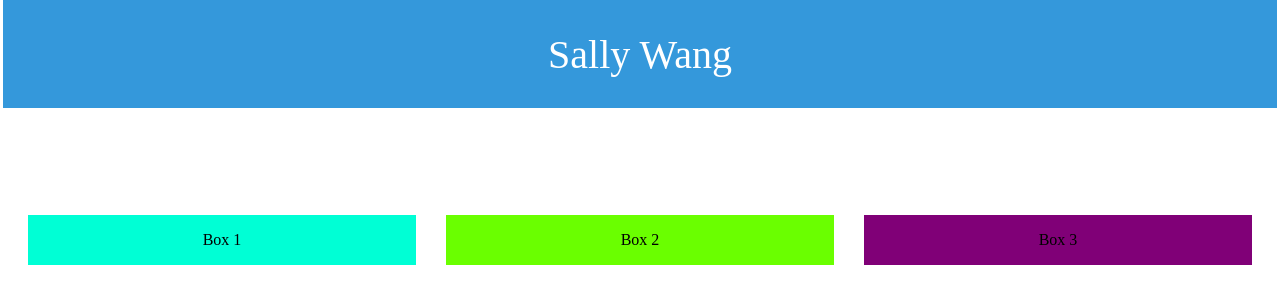
Repository: tianjiewang2022/tianjiewang2022.github.io
Page: index.html
The author's editor kept a copy of each file at every save. The page is drawn from the files as they stood at one save, then again after the next save.
The browser window is 1280 px wide. The pictures show the whole page.

Above is the page before, as saved 2023-10-01 22:46:02.

### index.html
<!DOCTYPE html>
<html lang="en">

    <head>
        <meta charset="UTF-8">
        <meta name="viewport" content="width=device-width, initial-scale=1.0">
        <title>Sally's Webpage</title>
        <style>
            body {
                padding: 10px;
                left: 3%;
                right: 3%;
            }

            header {
                background-color: #3498db;
                /* Choose your header color */
                color: white;
                position: fixed;
                top: 0;
                height: 15%;
                left: 3px;
                right: 3px;
                display: flex;
                align-items: center;
                justify-content: center;
                z-index: 100;
                font-size: 40px;
            }

            .container {
                margin-top: 15%;
                padding: 10px;
                display: flex;
                flex-wrap: wrap;
                justify-content: space-between;
            }

            .box {
                width: calc(33.33% - 20px);
                height: 50px;
                margin-bottom: 20px;
                background-color: #ccc;
                /* Default background color */
                text-align: center;
                display: flex;
                align-items: center;
                justify-content: center;
            }

            .blue {
                background-color: rgb(0, 255, 213);
            }

            .green {
                background-color: rgb(106, 255, 0);
            }

            .purple {
                background-color: rgb(128, 0, 119);
            }
        </style>
    </head>

    <body>
        <header>
            Sally Wang
        </header>

        <div class="container">
            <!-- Your content goes here -->
            <span class="box blue">Box 1</span>
            <span class="box green">Box 2</span>
            <span class="box purple">Box 3</span>
        </div>
    </body>

</html>

After the next save:
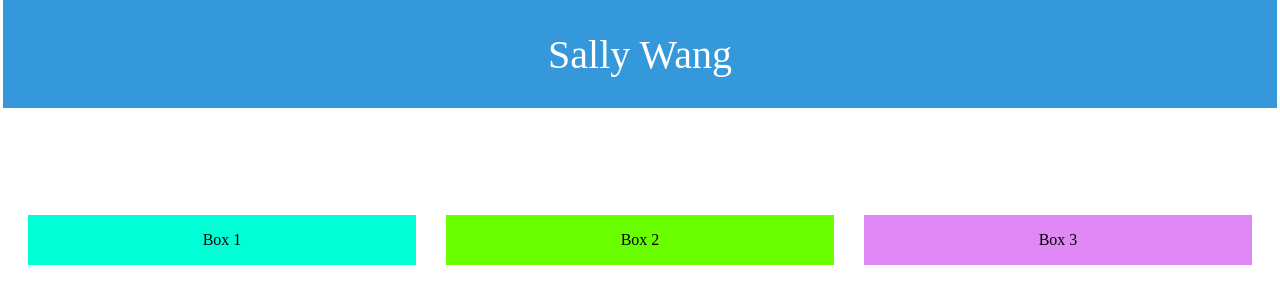
Saved 4 min 10 s later.
--- a/index.html
+++ b/index.html
@@ -34,12 +34,13 @@
                 display: flex;
                 flex-wrap: wrap;
                 justify-content: space-between;
+                flex-wrap: nowrap;
             }
 
             .box {
                 width: calc(33.33% - 20px);
                 height: 50px;
-                margin-bottom: 20px;
+                margin-bottom: 10px;
                 background-color: #ccc;
                 /* Default background color */
                 text-align: center;
@@ -57,7 +58,7 @@
             }
 
             .purple {
-                background-color: rgb(128, 0, 119);
+                background-color: rgb(225, 136, 247);
             }
         </style>
     </head>
